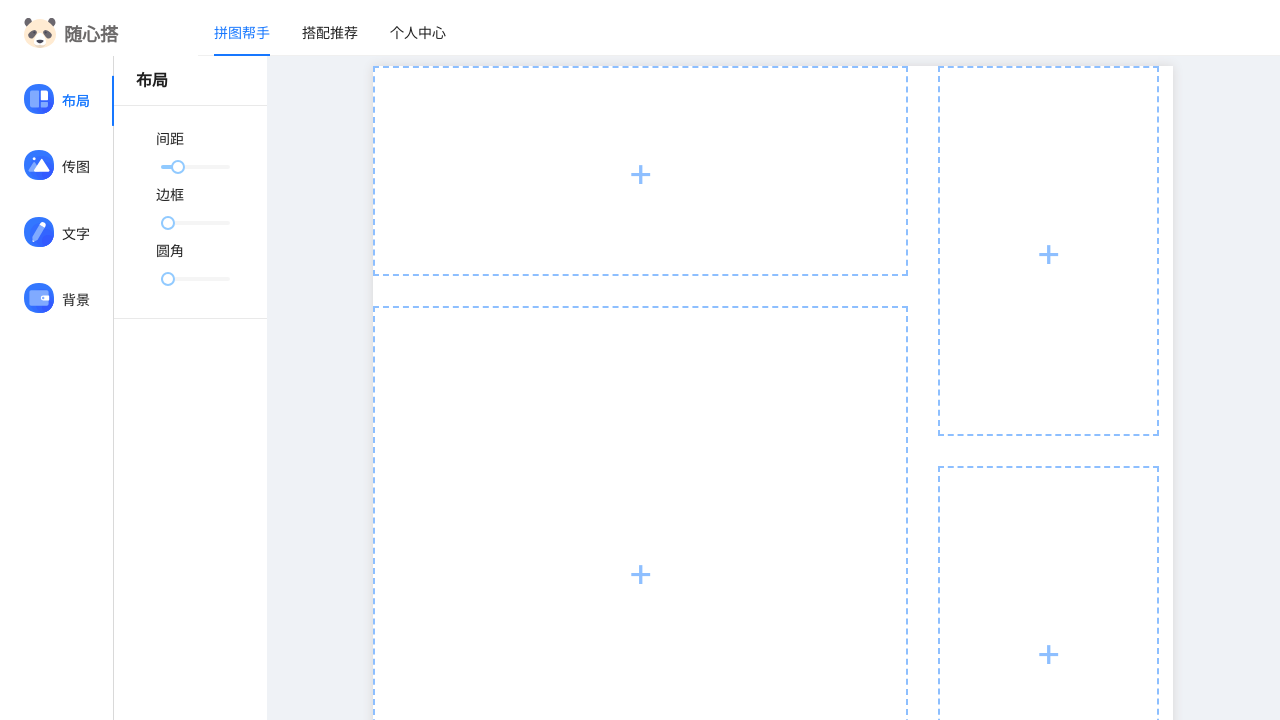
Repository: zzq1101921989/low-code
Page: /
An editor plug-in stored every save of this project. The page is shown before and after the next save, followed by the edit.
The browser window is 1280 px wide. The pictures show the whole page.
The project was rebuilt for these pictures with package versions that can differ from the ones it lists, and the page was loaded fresh each time. Also part of the build but not shown: vite.config.ts, src/pages/admin/index.tsx, src/components/icon/ClothesIcon.tsx, src/components/icon/HairIcon.tsx, src/components/icon/PantsIcon.tsx, src/components/icon/ShoeIcon.tsx, src/pages/recommend/index.tsx.

Above is the page before, as saved 2023-06-01 22:04:21.

### index.html
<!DOCTYPE html>
<html lang="en">
  <head>
    <meta charset="UTF-8" />
    <link rel="icon" type="image/svg+xml" href="/vite.svg" />
    <meta name="viewport" content="width=device-width, initial-scale=1.0" />
    <title>搭配选择困难症？不懂搭？就来随心搭，找到属于自己的穿搭技巧</title>
  </head>
  <body>
    <div id="root"></div>
    <script type="module" src="/src/main.tsx"></script>
  </body>
</html>

### src/main.tsx
import ReactDOM from "react-dom/client";
import App from "./App";
import "./reset.css";

ReactDOM.createRoot(document.getElementById("root") as HTMLElement).render(
  <App />
);

### src/App.tsx
import { BrowserRouter, Navigate, Route, Routes } from "react-router-dom";
import LayoutComponent from "./components/layout";
import { routerConfig } from "./routers";

const App = () => {
  return (
    <BrowserRouter>
      <Routes>
        <Route path="/" element={<LayoutComponent />}>
          {/* 重定向 */}
          <Route path="/" element={<Navigate to="/home" />} />
          {routerConfig.map((item) => (
            <Route path={item.path} key={item.name} element={item.element} />
          ))}
        </Route>
        <Route path="*" element={<div>404</div>} />
      </Routes>
    </BrowserRouter>
  );
};

export default App;

### src/reset.css
html,body,div,span,applet,object,h1,h2,h3,h4,h5,h6,p,blockquote,pre,a,abbr,acronym,address,big,cite,code,del,dfn,em,img,ins,kbd,q,s,samp,small,strike,strong,sub,sup,tt,var,b,u,i,center,dl,dt,dd,ol,ul,li,fieldset,form,label,legend,table,caption,tbody,tfoot,thead,tr,th,td,article,aside,canvas,details,embed,figure,figcaption,footer,header,hgroup,menu,nav,output,ruby,section,summary,time,mark,audio,video {
	margin:0;
	padding:0;
	border:0;
	font-size:100%;
	font:inherit;
	font-weight:normal;
	vertical-align:baseline;
}
/* HTML5 display-role reset for older browsers */
article,aside,details,figcaption,figure,footer,header,hgroup,menu,nav,section {
	display:block;
}
ol,ul,li {
	list-style:none;
}
blockquote,q {
	quotes:none;
}
blockquote:before,blockquote:after,q:before,q:after {
	content:'';
	content:none;
}
table {
	border-collapse:collapse;
	border-spacing:0;
}
th,td {
	vertical-align:middle;
}
/* custom */
a {
	outline:none;
	color:#16418a;
	text-decoration:none;
	-webkit-backface-visibility: hidden;
}
a:focus {
	outline:none;
}
input:focus,select:focus,textarea:focus {
	outline:-webkit-focus-ring-color auto 0;
}

### src/routers/index.tsx
import { RouteObject } from "react-router-dom";
import Admin from "../pages/admin";
import Home from "../pages/home";
import Recommend from "../pages/recommend";

export const routerConfig: (RouteObject & { name: string })[] = [
  {
    path: "home",
    name: "拼图帮手",
    element: <Home />,
  },
  {
    path: "recommend",
    name: "搭配推荐",
    element: <Recommend />,
  },
  {
    path: "admin",
    name: "个人中心",
    element: <Admin />,
  },
];

### src/components/header/index.tsx
import { Menu, MenuProps } from "antd";
import { Link, useLocation } from "react-router-dom";
import { routerConfig } from "../../routers";

export default function HeaderComponent() {

  const locaiton = useLocation();

  const items: MenuProps["items"] = routerConfig.map((key) => ({
    key: key.path,
    label: <Link to={`/${key.path}`}>{key.name}</Link>,
  }));

  return (
    <Menu
      style={{ flex: 1 }}
      mode="horizontal"
      selectedKeys={[locaiton.pathname.split("/")[1]]}
      items={items}
    />
  );
}

### src/components/layout/index.module.less
.syd-layout {
  width: 100%;
  height: 100vh;
  display: flex;
  flex-direction: column;
  overflow: hidden;
  .syd-header {
    display: flex;
    width: 100%;
    align-items: center;
    padding: 10px 24px 0 24px;
    background-color: #fff;
    .logo {
      margin-right: 80px;
    }
  }
  .syd-content {
    flex: auto;
    background: #eff2f6;
  }
}

### src/pages/home/index.tsx
import { Col, Row } from "antd";
import { FC, useState } from "react";
import { DrawImage, Menu } from "./features";
import styles from "./index.module.less";

// 最大的间距是多少
const maxPedding = 120

// 最大的边框
const maxBorder = 0

const Home: FC = () => {

  const [ paddingPercentage, setPaddingPercentage ] = useState(25)

  // 当前计算出来的间距是多少
  const padding = Math.round(maxPedding * (paddingPercentage / 100))

  return (
    <Row style={{ height: "100%" }} className={styles.homeContainer}>
      <Col xl={5}>
        <Menu paddingPercentage={paddingPercentage} setPaddingPercentage={setPaddingPercentage} />
      </Col>
      <Col xl={19}>
        <DrawImage padding={padding} />
      </Col>
    </Row>
  );
};

export default Home;

### src/pages/home/features/index.tsx
export { default as Area } from './Area';
export { default as DrawImage } from './DrawImage';
export { default as Menu } from './Menu';

### src/pages/home/index.module.less
.homeContainer {
    :global{
        .ant-tabs-tabpane {
            padding-left: 0 !important
        }
        .ant-tabs-nav-wrap {
            padding-top: 20px;
        }
    }
}

### src/pages/home/features/Area/index.tsx
import { FC, ReactNode } from "react";
import styles from "./index.module.less";

interface AreaProps {
  /**
   * @name 头部区域内容
   */
  header: string | ReactNode;

  /**
   * @name 中间区域内容
   */
  centre?: string | ReactNode;
}
const Area: FC<AreaProps> = (props) => {
  const { header, centre } = props;

  return (
    <div className={`${styles["area-container"]}`}>
      <div
        className={`${styles["area-container-header"]} ${styles.padding} ${styles.borderBottom}`}
      >
        {header}
      </div>
      {centre && (
        <div
          className={`${styles["area-container-centre"]} ${styles.padding} ${styles["borderBottom"]}`}
        >
          {centre}
        </div>
      )}
    </div>
  );
};

export default Area;

### src/pages/home/features/DrawImage/index.tsx
import {
  FC,
  ReactNode,
  createElement,
  useEffect,
  useRef,
  useState,
} from "react";
import { ContextMenu, ItemBox } from "../../components";
import { LayoutConfig } from "./LayoutBox";

const initContextMenu = {
  open: false,
  x: 0,
  y: 0,
};

// 每行最多能有多少box
const containerWidth = 800;
const containerHeight = 800;

type DrawImageProps = {
  /**
   * 间距
   */
  padding: number;
};

const DrawImage: FC<DrawImageProps> = (props) => {
  const { padding } = props;

  const ele = useRef<HTMLDivElement | null>(null);

  // 记录一下当前点击的容器
  const pendingUplaodBox = useRef<ParentNode | null>(null);

  const fileRef = useRef<HTMLInputElement | null>(null);

  const [contextMenu, setContextMenu] = useState<{
    open: boolean;
    x: number;
    y: number;
  }>(initContextMenu);

  const [activeBoxIndex, setActiveBoxIndex] = useState<number | undefined>();

  // 组织右键菜单的默认事件
  useEffect(() => {
    const uploadBtn = document.getElementById("uploadBtn");

    const contextmenuFn = (e: MouseEvent) => {
      e.preventDefault();
    };

    const mousedownFn = (e: MouseEvent) => {
      if (e.target && (e.button === 0 || e.button === 2)) {
        // 获取上传区域的dom
        const type = (e.target as HTMLElement).getAttribute("data-type");
        const index = (e.target as HTMLElement).getAttribute("data-index");
        if (type === "add") {
          const offsetLeftTotal =
            ele.current!.offsetLeft +
            (ele.current!.parentNode as HTMLElement | null)!.offsetLeft;
          const offsetTopTotal =
            ele.current!.offsetTop +
            (ele.current!.parentNode as HTMLElement | null)!.offsetTop;
          setContextMenu({
            open: true,
            x: e.clientX - offsetLeftTotal,
            y: e.clientY - offsetTopTotal + 10,
          });
          setActiveBoxIndex(Number(index));
          pendingUplaodBox.current = (e.target as HTMLElement).parentNode;
        }
      }
    };

    const click = () => {
      fileRef.current?.click();
    };

    const readerFile = (e: any) => {
      const file = e.target.files[0];
      const urlData = URL.createObjectURL(file);
      const container = pendingUplaodBox.current as HTMLElement;
      const image = container.getElementsByTagName("image")[0];
      if (image) {
        const clientWidth = container.clientWidth;
        const clientHeight = container.clientHeight;

        // 显示图片
        image.setAttributeNS(
          "http://www.w3.org/1999/xlink",
          "xlink:href",
          urlData
        );

        // 防止内存泄露，释放图片内存
        image.addEventListener("load", () => {
          URL.revokeObjectURL(urlData);
        });

        // 解决上传同一个文件，浏览器认为没变化，而造成读取失败的问题
        fileRef.current!.value = "";

        (container.parentNode as HTMLElement)!.style.width = clientWidth + "px";
        (container.parentNode as HTMLElement)!.style.height =
          clientHeight + "px";
      }
      setContextMenu(initContextMenu);
    };

    uploadBtn?.addEventListener("click", click);

    fileRef.current?.addEventListener("change", readerFile);

    if (ele.current) {
      ele.current.addEventListener("contextmenu", contextmenuFn);
      ele.current.addEventListener("mousedown", mousedownFn);
    }

    return () => {
      uploadBtn?.removeEventListener("click", click);
      fileRef.current?.removeEventListener("change", readerFile);
      ele.current?.removeEventListener("contextmenu", contextmenuFn);
      ele.current?.removeEventListener("mousedown", mousedownFn);
    };
  }, []);

  // 定义一个索引，表示每个ItemBox的编号
  let itemIndex = 0;

  /**
   * direction 代表排列方向
   * width 取小数，代表的是百分比
   */
  const testLayoutCofig: LayoutConfig[] = [
    {
      direction: "left",
      dirW: 1,
      dirH: 1,
      children: [
        {
          dirW: 0.7,
          dirH: 1,
          direction: "top",
          children: [
            {
              dirW: 1,
              dirH: 0.3,
            },
            {
              type: "flag",
              dirW: 1,
              dirH: 1,
            },
            {
              dirW: 1,
              dirH: 0.7,
            },
          ],
        },
        {
          type: "flag",
          dirW: 0.7,
          dirH: 1,
        },
        {
          dirW: 0.3,
          dirH: 1,
          direction: "top",
          children: [
            {
              dirW: 1,
              dirH: 0.5,
            },
            {
              type: "flag",
              dirW: 1,
              dirH: 1,
            },
            {
              dirW: 1,
              dirH: 0.5,
            },
          ],
        },
      ],
    },
  ];

  const createrItemBox = (
    width: number,
    height: number,
    left: number,
    top: number
  ) => {
    return createElement(
      "div",
      {
        className: "edit-container",
        key: Math.random() * 100000,
        style: {
          position: "absolute",
          left,
          top,
          width,
          height,
        },
      },
      <ItemBox dataIndex={0} />
    );
  };

  /**
   *
   * @param layout 当前配置
   * @param containerWidth 父级容器的宽度
   * @param containerHeight 父级容器的高度
   */
  const handlerLayout = (
    layout: LayoutConfig[],
    containerWidth: number,
    containerHeight: number,
    occupyWidth?: number,
    occupyHeight?: number,
    parentDirection: string = "left"
  ) => {
    let elements: ReactNode[] = [];

    // 已经占据了多少呢？
    let occupyW = occupyWidth || 0;
    let occupyH = occupyHeight || 0;

    // 获取父容器的布局方式
    const isLeftLayout = parentDirection === "left";
    const isTopLayout = parentDirection === "top";

    layout.forEach((lay) => {
      // 子元素 布局的方向
      const { dirW, dirH, children, direction } = lay;

      // 有子元素和没有子元素，处理方式不一样
      if (children && direction) {
        const currnetW = Math.round(containerWidth * dirW) - (isLeftLayout ? (padding / 2) : 0);
        const currnetH = Math.round(containerHeight * dirH) - (isTopLayout ? (padding / 2) : 0);

        elements = elements.concat(
          handlerLayout(
            children,
            currnetW,
            currnetH,
            occupyW,
            occupyH,
            direction
          )
        );

        if (isLeftLayout) occupyW += currnetW;
        if (isTopLayout) occupyH += currnetH;
      } else {
        const { dirH, dirW, type } = lay;

        if (type !== "flag") {
          // 不同方向之下，改变的宽高也是不一样的
          const currentWidth = isLeftLayout
            ? containerWidth * dirW - padding
            : containerWidth * dirW;
          const currentHeight = isTopLayout
            ? containerHeight * dirH - padding
            : containerHeight * dirH;

          elements.push(
            createrItemBox(currentWidth, currentHeight, occupyW, occupyH)
          );
          if (isLeftLayout) occupyW += currentWidth;
          if (isTopLayout) occupyH += currentHeight;
        } else {
          if (isLeftLayout) {
            elements.push(
              <div
                key={Math.random() * 100000}
                style={{
                  position: "absolute",
                  left: occupyWidth,
                  top: occupyHeight,
                  width: padding,
                  height: containerHeight,
                }}
              ></div>
            );
            occupyW += padding;
          } else if (isTopLayout) {
            elements.push(
              <div
                key={Math.random() * 100000}
                style={{
                  position: "absolute",
                  left: occupyWidth,
                  top: occupyHeight,
                  width: containerWidth,
                  height: padding,
                }}
              ></div>
            );
            occupyH += padding;
          }
        }
      }
    });

    return elements;
  };

  console.log(handlerLayout(testLayoutCofig, containerWidth, containerHeight));

  return (
    <div
      ref={ele}
      style={{
        position: "relative",
        width: containerWidth,
        height: containerHeight,
        margin: "10px auto",
        background: "#fff",
        boxShadow: "0 0 10px #d9d6d6",
      }}
    >
      {handlerLayout(testLayoutCofig, containerWidth, containerHeight)}
      {/* <LayoutBox
        layoutConfig={layoutConfig}
        containerWidth={containerWidth}
        containerHeight={containerHeight}
        padding={padding}
      /> */}

      {/* <Row gutter={[16, 16]} style={{ height: "100%" }}>
        <Col span={24}>
          <ItemBox areaHeight={2 * 200} dataIndex={itemIndex} activeIndex={activeBoxIndex} />
        </Col>
        <Col span={24}>
          <Row gutter={[16, 16]} style={{ height: "100%" }}>
            <Col span={12}>
              <ItemBox areaHeight={2 * 200} dataIndex={++itemIndex} activeIndex={activeBoxIndex} />
            </Col>
            <Col span={12}>
              <Row gutter={[16, 16]} style={{ height: "100%" }}>
                <Col span={24}>
                  <ItemBox
                    areaHeight={200}
                    dataIndex={++itemIndex}
                    activeIndex={activeBoxIndex}
                  />
                </Col>
                <Col span={24}>
                  <ItemBox
                    areaHeight={200}
                    dataIndex={++itemIndex}
                    activeIndex={activeBoxIndex}
                  />
                </Col>
              </Row>
            </Col>
          </Row>
        </Col>
      </Row> */}
      <ContextMenu
        left={contextMenu.x}
        top={contextMenu.y}
        open={contextMenu.open}
      />
      {/* 上传元素 */}
      <input
        ref={fileRef}
        type="file"
        id="cellImgPicker"
        accept="image/jpeg,image/png"
        style={{ display: "none" }}
      />
    </div>
  );
};

export default DrawImage;

### src/pages/home/features/Menu/index.tsx
import { Slider, Space, Tabs, TabsProps } from "antd";
import { Dispatch, FC } from "react";
import { Area } from "..";
import {
  ColorIcon,
  ImageIcon,
  LayoutIcon,
  TextIcon,
} from "../../../../components/icon";

type MenuProps = {
  /**
   * 间距百分比
   */
  paddingPercentage: number
  setPaddingPercentage: Dispatch<React.SetStateAction<number>>
}

/**
 * 导航栏组件
 */
const Menu: FC<MenuProps> = (props) => {

  const { paddingPercentage, setPaddingPercentage } = props;

  const items: TabsProps["items"] = [
    {
      label: (
        <Space>
          <LayoutIcon />
          布局
        </Space>
      ),
      key: "1",
      children: (
        <Area
          header="布局"
          centre={
            <div
              style={{
                width: "100%",
                display: "flex",
                flexDirection: "column",
                padding: '10px 20px',
                boxSizing: 'border-box'
              }}
            >
              <div>
                间距
                <Slider defaultValue={paddingPercentage} onChange={setPaddingPercentage} />
              </div>
              <div>
                边框
                <Slider defaultValue={10} />
              </div>
              <div>
                圆角
                <Slider defaultValue={10} />
              </div>
            </div>
          }
        />
      ),
    },
    {
      label: (
        <Space>
          <ImageIcon />
          传图
        </Space>
      ),
      key: "2",
      children: "",
    },
    {
      label: (
        <Space>
          <TextIcon />
          文字
        </Space>
      ),
      key: "3",
      children: "",
    },
    {
      label: (
        <Space>
          <ColorIcon />
          背景
        </Space>
      ),
      key: "4",
      children: "",
    },
  ];

  return (
    <Tabs
      tabPosition="left"
      items={items}
      style={{ background: "#fff", height: "100%" }}
    />
  );
}

export default Menu

### src/pages/home/features/Area/index.module.less
.area-container {
    width: 100%;
    .area-container-header {
        font-size: 18px;
    }
    .area-container-header {
        font-size: 16px;
        font-weight: bold;
    }
}
.padding {
    padding: 12px 12px 12px 22px;
}
.borderBottom {
    border-bottom: 1px solid #e9e9e9;
}

### src/pages/home/components/index.tsx
export { default as ItemBox } from './ItemBox';
export { default as ContextMenu } from './contextmenu';

### src/components/icon/index.tsx
export { default as ClothesIcon } from "./ClothesIcon";
export { default as ColorIcon } from "./ColorIcon";
export { default as HairIcon } from "./HairIcon";
export { default as ImageIcon } from "./ImageIcon";
export { default as LayoutIcon } from "./LayoutIcon";
export { default as PantsIcon } from "./PantsIcon";
export { default as ShoeIcon } from "./ShoeIcon";
export { default as TextIcon } from "./TextIcon";

### src/pages/home/components/ItemBox/index.module.less
.itemBox {
    position: relative;
    width: 100%;
    height: 100%;
    box-sizing: border-box;
    .close {
        width: 16px;
        height: 16px;
        display: none;
        position: absolute;
        right: 10px;
        top: 10px;
    }
    .add {
        position: relative;
        z-index: 9;
        width: 100%;
        height: 100%;
        justify-content: center;
        align-items: center;
        text-align: center;
        margin: 0 auto;
        font-size: 40px;
        color: #1e80ff80;
        user-select: none;
    }
    >svg{
        height: 100%;
        width: 100%;
        position: absolute;
        left: 0;
        top: 0;
    }
    &:hover {
        border: 2px solid #2354f4 !important;
        .close {
            display: block;
        }
    }
}

### src/pages/home/components/contextmenu/index.module.less
.contextMenu {
    position: absolute;
    z-index: 10;
    width: 126px;
    padding: 5px 0;
    background-color: #fff;
    box-shadow: 0 0 5px #ccc;
    border-radius: 5px;
    cursor: pointer;
    .contextMenuItem {
        width: 100%;
        user-select: none;
        line-height: 36px;
        color: #333;
        text-align: center;
        font-size: 13px;
        svg {
            width: 15px;
            height: 15px;
        }
        &:hover {
            background: #1a7eff;
            color: #fff;
        }
    }
}

Loaded but not shown: src/components/layout/index.tsx (69 lines, source omitted); src/components/icon/LayoutIcon.tsx (48 lines, source omitted); src/components/icon/ColorIcon.tsx (53 lines, source omitted); src/components/icon/ImageIcon.tsx (53 lines, source omitted); src/components/icon/TextIcon.tsx (48 lines, source omitted); src/pages/home/components/contextmenu/index.tsx (72 lines, source omitted); src/pages/home/components/ItemBox/index.tsx (86 lines, source omitted)

After the next save:
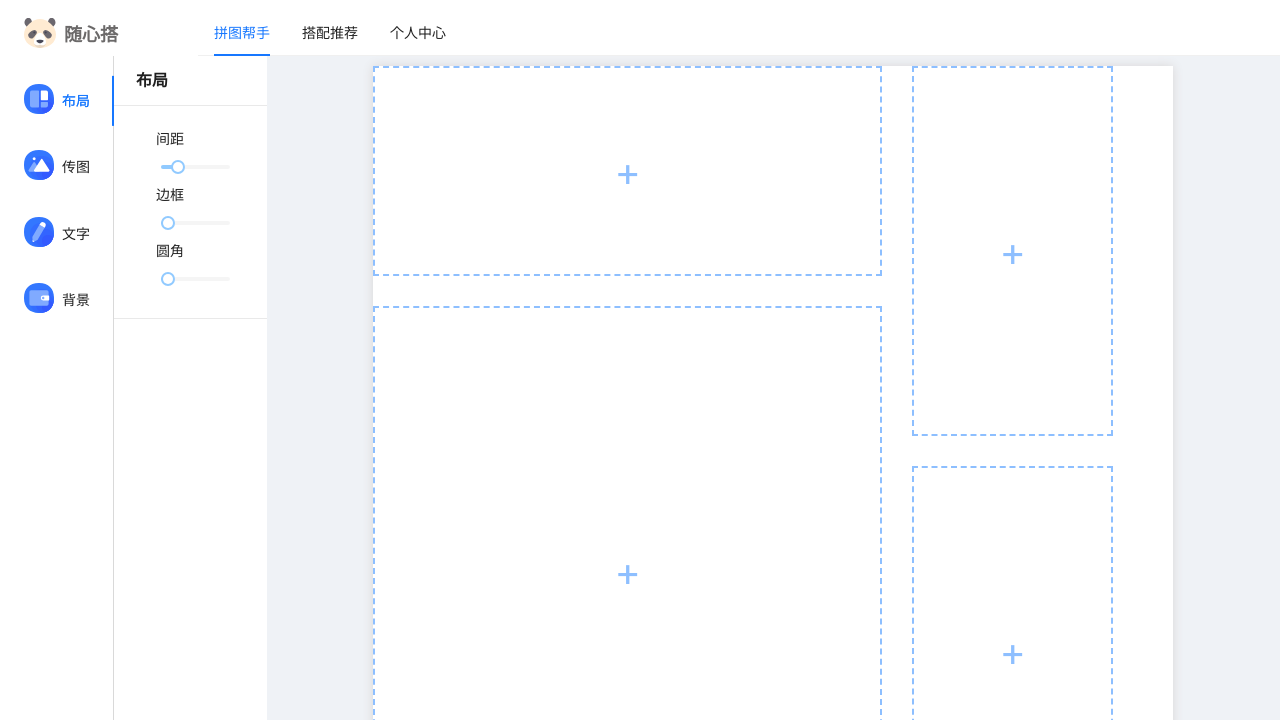
Saved 10 s later.
--- a/src/pages/home/features/DrawImage/index.tsx
+++ b/src/pages/home/features/DrawImage/index.tsx
@@ -242,8 +242,8 @@
 
       // 有子元素和没有子元素，处理方式不一样
       if (children && direction) {
-        const currnetW = Math.round(containerWidth * dirW) - (isLeftLayout ? (padding / 2) : 0);
-        const currnetH = Math.round(containerHeight * dirH) - (isTopLayout ? (padding / 2) : 0);
+        const currnetW = Math.round(containerWidth * dirW) - (isLeftLayout ? (padding) : 0);
+        const currnetH = Math.round(containerHeight * dirH) - (isTopLayout ? (padding) : 0);
 
         elements = elements.concat(
           handlerLayout(

After the save that followed:
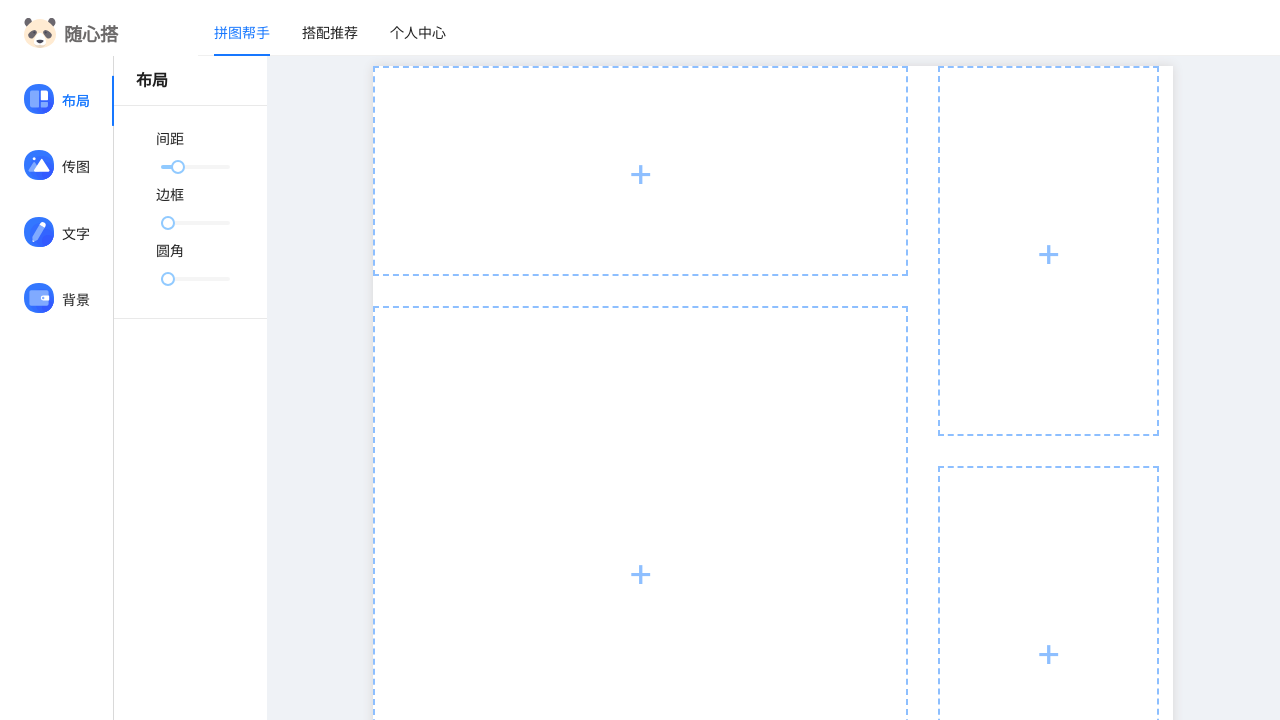
Saved 8 s later.
--- a/src/pages/home/features/DrawImage/index.tsx
+++ b/src/pages/home/features/DrawImage/index.tsx
@@ -242,8 +242,8 @@
 
       // 有子元素和没有子元素，处理方式不一样
       if (children && direction) {
-        const currnetW = Math.round(containerWidth * dirW) - (isLeftLayout ? (padding) : 0);
-        const currnetH = Math.round(containerHeight * dirH) - (isTopLayout ? (padding) : 0);
+        const currnetW = Math.round(containerWidth * dirW) - (isLeftLayout ? (padding / 2) : 0);
+        const currnetH = Math.round(containerHeight * dirH) - (isTopLayout ? (padding / 2) : 0);
 
         elements = elements.concat(
           handlerLayout(
